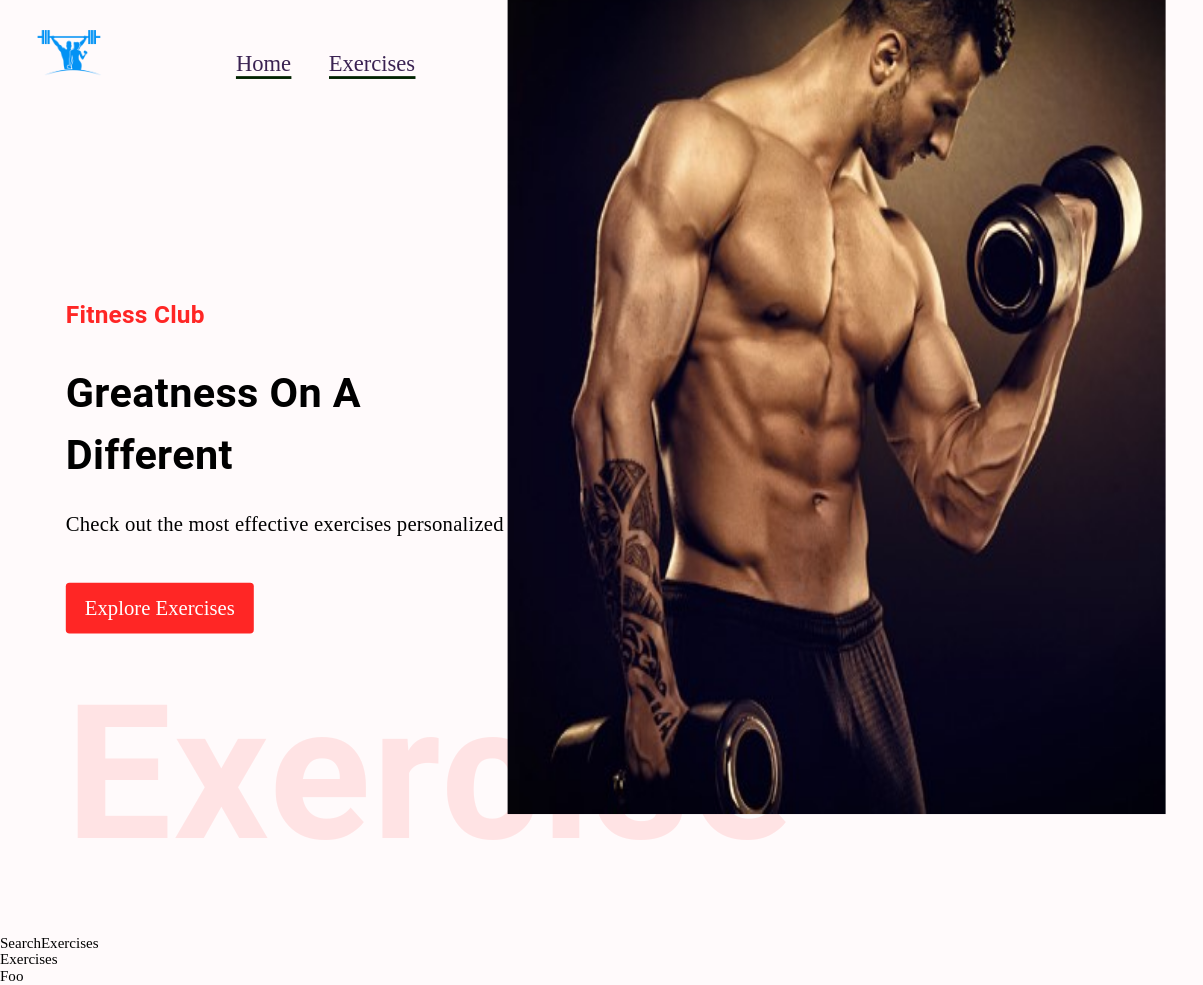
Repository: MhlengiNgubane/Workout-App
Page: /
An editor plug-in stored every save of this project. The page is shown before and after a run of saves, followed by the edit.
The browser window is 1280 px wide. The pictures show the whole page, at 94% of full size.
The project was rebuilt for these pictures with package versions that can differ from the ones it lists, and the page was loaded fresh each time. Also part of the build but not shown: src/pages/ExerciseDetail.js.

Above is the page before, as saved 2022-07-31 19:57:44.

After the next 4 saves:
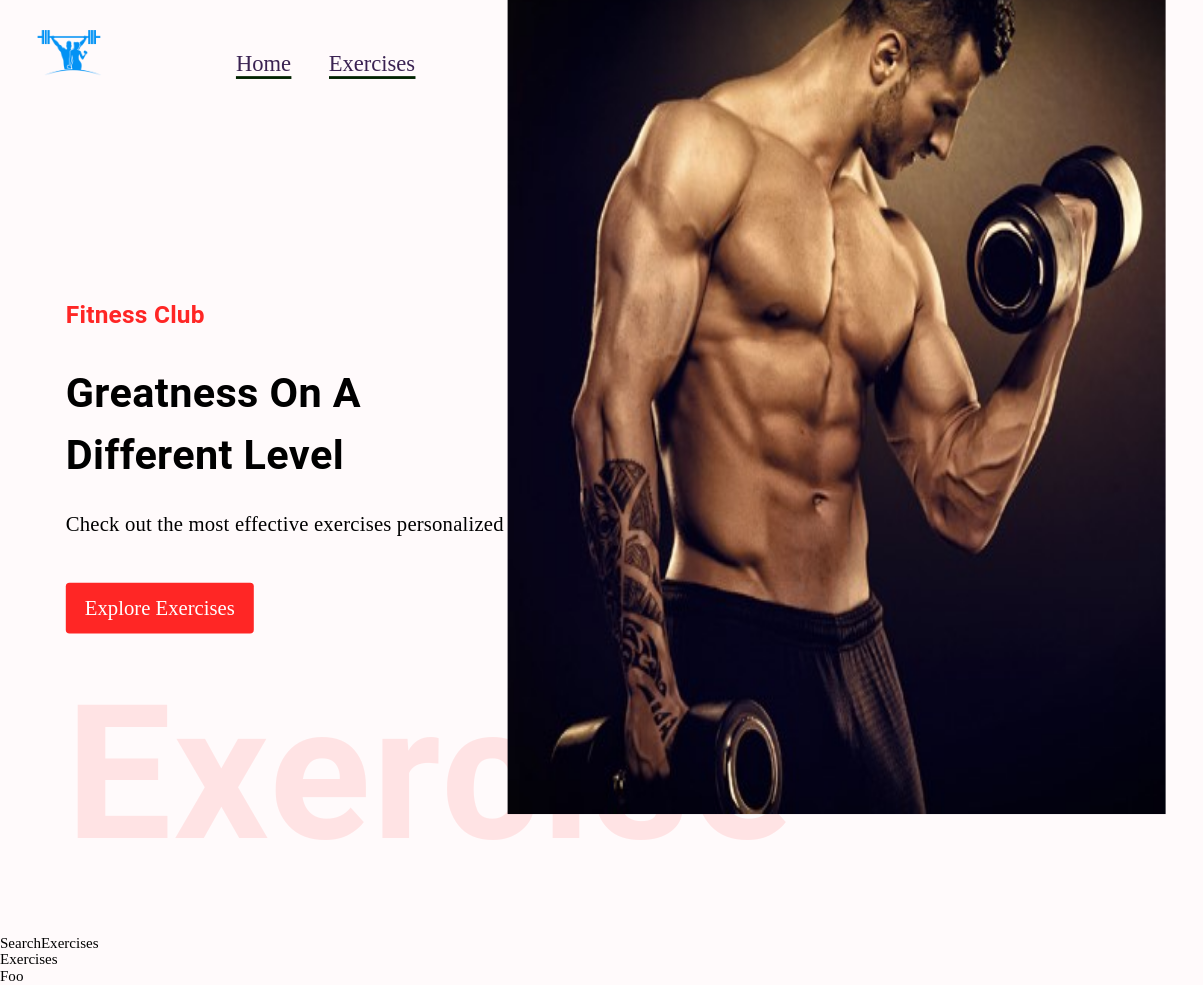
The 4 saves are shown as one change because they came seconds apart.
The last was saved 4 min 14 s later.
--- a/src/components/HeroBanner.js
+++ b/src/components/HeroBanner.js
@@ -8,7 +8,7 @@ const HeroBanner = () => (
     <Typography color="#FF2625" fontWeight="600" fontSize="26px">Fitness Club</Typography>
     <Typography fontWeight={700} sx={{ fontSize: { lg: '44px', xs: '40px' } }} mb="23px" mt="30px">
       Greatness On A <br />
-      Different
+      Different Level
     </Typography>
     <Typography fontSize="22px" fontFamily="Alegreya" lineHeight="35px">
       Check out the most effective exercises personalized to you
